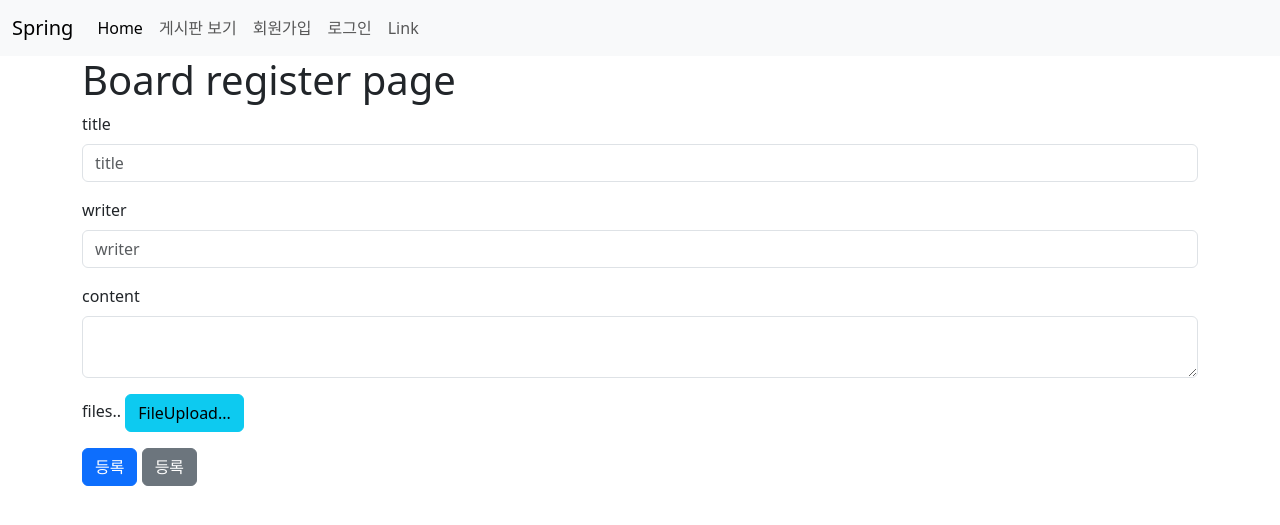
Repository: kimnoanoa/springTest240430
Page: http://localhost/spring_study/WEB-INF/views/board/register.jsp
These files come from the project's save history. The page is drawn as it stood at one moment and after the next save; the edit follows.
The browser window is 1280 px wide. The pictures show the whole page.
The page is served by Tomcat 9. Nobody is signed in. The template is opened directly, without the code that normally fills it, so the values that code supplies are empty.

Above is the page before, as saved 2024-04-29 01:38:41.

### spring_study/src/main/webapp/WEB-INF/views/board/register.jsp
<%@ page language="java" contentType="text/html; charset=UTF-8"
    pageEncoding="UTF-8"%>
    <jsp:include page="../layout/header.jsp"></jsp:include>
	<div class="container-md">
	<h1>Board register page</h1>
		<form action="/board/insert" method="post" enctype="application/x-www-form-urlencoded">
			<div class="mb-3">
			  <label for="t" class="form-label">title</label>
			  <input type="text" class="form-control" id="t" name="title" placeholder="title">
			</div>
			<div class="mb-3">
			  <label for="w" class="form-label">writer</label>
			  <input type="text" class="form-control" id="w" name="writer" placeholder="writer">
			</div>
			<div class="mb-3">
			   <label for="c" class="form-label">content</label>
			  <textarea class="form-control" id="c" aria-label="With textarea" name="content"></textarea>
			</div>

			<!-- 파일입력 라인 추가 -->
			<div class="mb-3">
			   <label for="file" class="form-label">files..</label>
			   <input type="file" class="form-control" name="files" id="file" style="display: none">
			   <button type="button" class="btn btn-info">FileUpload...</button>
			</div>

			<!-- 파일목록 표시라인 -->
			<div class="mb-3" id="fileZone">
			</div>

			<button id="submit" class="btn btn-primary" id="regBtn">등록</button>

			<button type="submit" class="btn btn-secondary">등록</button>
		</form>
	</div>

    <jsp:include page="../layout/footer.jsp"></jsp:include>

### spring_study/src/main/webapp/WEB-INF/views/layout/header.jsp
<%@ page language="java" contentType="text/html; charset=UTF-8"
    pageEncoding="UTF-8"%>
    <%@ taglib uri="http://java.sun.com/jsp/jstl/core" prefix="c" %>
<!DOCTYPE html>
<html>
<head>
<meta charset="UTF-8">
<title>header.jsp</title>
<link href="https://cdn.jsdelivr.net/npm/bootstrap@5.3.3/dist/css/bootstrap.min.css" rel="stylesheet" integrity="sha384-QWTKZyjpPEjISv5WaRU9OFeRpok6YctnYmDr5pNlyT2bRjXh0JMhjY6hW+ALEwIH" crossorigin="anonymous">
<script src="https://cdn.jsdelivr.net/npm/bootstrap@5.3.3/dist/js/bootstrap.bundle.min.js" integrity="sha384-YvpcrYf0tY3lHB60NNkmXc5s9fDVZLESaAA55NDzOxhy9GkcIdslK1eN7N6jIeHz" crossorigin="anonymous"></script>
</head>
<body>
<nav class="navbar navbar-expand-lg bg-body-tertiary">
  <div class="container-fluid">
    <a class="navbar-brand" href="#">Spring</a>
    <button class="navbar-toggler" type="button" data-bs-toggle="collapse" data-bs-target="#navbarSupportedContent" aria-controls="navbarSupportedContent" aria-expanded="false" aria-label="Toggle navigation">
      <span class="navbar-toggler-icon"></span>
    </button>
    <div class="collapse navbar-collapse" id="navbarSupportedContent">
      <ul class="navbar-nav me-auto mb-2 mb-lg-0">
        <li class="nav-item">
          <a class="nav-link active" aria-current="page" href="/">Home</a>
        </li>
        <c:if test="${ses ne null }">
        <li class="nav-item">
          <a class="nav-link" href="/board/register">게시판 글쓰기</a>
        </li>
        </c:if>
        <li class="nav-item">
          <a class="nav-link" href="/board/list">게시판 보기</a>
        </li>
        <c:if test="${ses eq null }">
        <li class="nav-item">
          <a class="nav-link" href="/member/register">회원가입</a>
        </li>
        <li class="nav-item">
          <a class="nav-link" href="/member/login">로그인</a>
        </li>
        </c:if>
        <c:if test="${ses ne null }">
        <li class="nav-item">
          <a class="nav-link" href="/member/logout">로그아웃</a>
        </li>
        <li class="nav-item">
          <a class="nav-link" href="/member/modify">${ses.id }(${ses.email }) Welcome!!</a>
        </li>
        </c:if>
        <li class="nav-item">
          <a class="nav-link" href="http://www.google.com" target="_blank" >Link</a>
        </li>
      </ul>
    </div>
  </div>
</nav>

### spring_study/src/main/webapp/WEB-INF/views/layout/footer.jsp
<%@ page language="java" contentType="text/html; charset=UTF-8"
    pageEncoding="UTF-8"%>
<div>
<!-- 2024 Spring Project -->
</div>
</body>
</html>

After the next save:
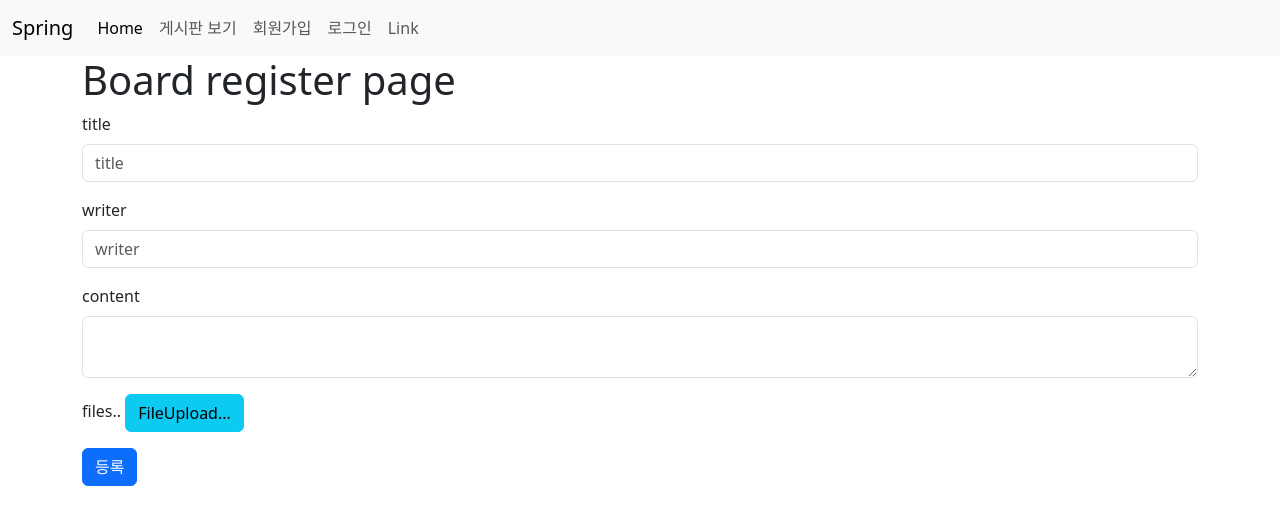
Saved 34 s later.
--- a/spring_study/src/main/webapp/WEB-INF/views/board/register.jsp
+++ b/spring_study/src/main/webapp/WEB-INF/views/board/register.jsp
@@ -30,7 +30,7 @@
 
 			<button id="submit" class="btn btn-primary" id="regBtn">등록</button>
 
-			<button type="submit" class="btn btn-secondary">등록</button>
+			<!-- <button type="submit" class="btn btn-secondary">등록</button> -->
 		</form>
 	</div>
 
